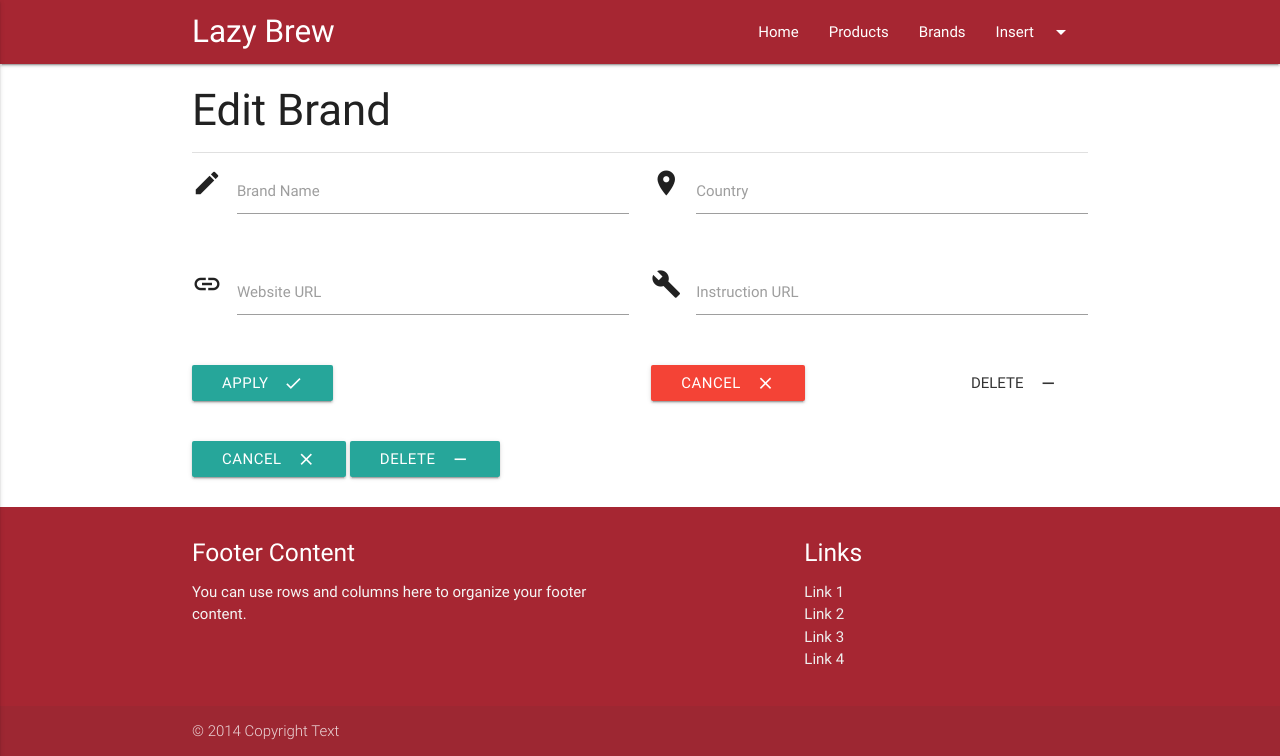
Repository: Leon2ev/lazy-brew
Page: templates/editbrand.html
The author's editor kept a record of every edit. The page is drawn from the files as they stood at one moment, then again after the next edit.
The browser window is 1280 px wide. The pictures show the whole page.
Some web libraries are served in a nearby version. The page is served by the project's application, run on Flask 3 (app.py). The template is opened directly, without the code that normally fills it, so the values that code supplies are empty.

Above is the page before.

### templates/editbrand.html
{% extends 'base.html' %}
{% block content %}
    <div class="container">
        <h3>Edit Brand</h3>
        <div class="divider"></div>
        <form action="{{url_for('update_brand', brand_id=brand._id)}}" method="POST" class="edit_brand col s12">
            <div class="row">
                <div class="input-field col s12 l6">
                    <i class="material-icons prefix">create</i>
                    <input id="name" name="name" type="text" class="validate" value="{{brand.name}}">
                    <label for="icon_prefix">Brand Name</label>
                </div>
                <div class="input-field col s12 l6">
                    <i class="material-icons prefix">place</i>
                    <input id="country" name="country" type="text" class="validate" value="{{brand.country}}">
                    <label for="icon_prefix">Country</label>
                </div>
            </div>
            <div class="row">
                <div class="input-field col s12 l6">
                    <i class="material-icons prefix">insert_link</i>
                    <input id="website_URL" name="website_URL" type="text" class="validate" value={{brand.website_URL}}>
                    <label for="icon_prefix">Website URL</label>
                </div>
                <div class="input-field col s12 l6">
                    <i class="material-icons prefix">build</i>
                    <input id="instruction_URL" name="instruction_URL" type="text" class="validate" value="{{brand.instruction_URL}}">
                    <label for="icon_prefix">Instruction URL</label>
                </div>
            </div>
            <div class="row">
                <div class="col s12 l6">
                    <button class="btn waves-effect waves-light" type="submit">Apply
                        <i class="material-icons right">check</i>
                    </button>
                </div>
                <div class="col s12 l6">
                    <a class="waves-effect waves-light btn-flat right modal-trigger" href="#modal2">Delete
                        <i class="material-icons right">remove</i>
                    </a>
                    <a class="waves-effect waves-light btn modal-trigger red" href="#modal1">Cancel
                        <i class="material-icons right">clear</i>
                    </a>
                </div>
            </div>
        </form>
        <div class="row">
            <div class="col s12">
                <a class="waves-effect waves-light btn modal-trigger" href="#modal1">Cancel
                    <i class="material-icons right">clear</i>
                </a>
                <a class="waves-effect waves-light btn modal-trigger" href="#modal2">Delete
                    <i class="material-icons right">remove</i>
                </a>
            </div>
            <div id="modal1" class="modal">
                <div class="modal-content">
                    <h4>Are you agree to cancel?</h4>
                    <p>All changes will be lost.</p>
                </div>
                <div class="modal-footer">
                    <a href="#!" class="modal-action modal-close waves-effect waves-green btn-flat">Go Back</a>
                    <a href="{{url_for('get_brands')}}" class="modal-action modal-close waves-effect waves-green btn-flat">Agree</a>
                </div>
            </div>
        </div>
        <div id="modal2" class="modal">
            <div class="modal-content">
                <h4>Are you agree to delete {{brand.name}}?</h4>
                <p>It will be impossible to restore the data.</p>
            </div>
            <div class="modal-footer">
                <a href="#!" class="modal-action modal-close waves-effect waves-green btn-flat">Go Back</a>
                <a href="{{url_for('delete_brand', brand_id=brand._id)}}" class="modal-action modal-close waves-effect waves-green btn-flat">Agree</a>
            </div>
        </div>
    </div>
{% endblock %}

### templates/base.html
<!DOCTYPE html>
<html lang="en">
    <head>
        <meta charset="UTF-8">
        <meta name="viewport" content="width=device-width, initial-scale=1.0">
        <meta http-equiv="X-UA-Compatible" content="ie=edge">

        <title>Document</title>

        <link href="https://fonts.googleapis.com/icon?family=Material+Icons" rel="stylesheet">
        <link rel="stylesheet" href="https://cdnjs.cloudflare.com/ajax/libs/materialize/0.100.2/css/materialize.min.css">
        <link rel="stylesheet" href="{{url_for('static', filename='css/style.css')}}" type="text/css">
    </head>
    <body>
        <header>
            <nav class="navbar">
                <div class="container nav-wrapper">
                    <a href="{{url_for('home_page')}}" class="brand-logo">Lazy Brew</a>
                    <a href="#" data-activates="mobile-demo" class="button-collapse"><i class="material-icons">menu</i></a>
                    <ul class="right hide-on-med-and-down">
                        <li><a href="{{url_for('home_page')}}">Home</a></li>
                        <li><a href="{{url_for('get_products')}}">Products</a></li>
                        <li><a href="{{url_for('get_brands')}}">Brands</a></li>
                        <!-- Dropdown Trigger -->
                        <li><a class="dropdown-button" href="#!" data-activates="dropdown1">Insert<i class="material-icons right">arrow_drop_down</i></a></li>
                    </ul>
                    <!-- Dropdown Structure -->
                    <ul id="dropdown1" class="dropdown-content">
                        <li><a href="{{url_for('add_product')}}">Add Product</a></li>
                        <li class="divider"></li>
                        <li><a href="{{url_for('add_brand')}}">Add Brand</a></li>
                    </ul>
                    <ul class="side-nav" id="mobile-demo">
                        <li><a href="{{url_for('home_page')}}">Home</a></li>
                        <li><a href="{{url_for('get_products')}}">Products</a></li>
                        <li><a href="{{url_for('get_brands')}}">Brands</a></li>
                        <!-- Mobile Dropdown Trigger -->
                        <li><a class="dropdown-button" href="#!" data-activates="dropdown2">Insert<i class="material-icons right">arrow_drop_down</i></a></li>

                    </ul>
                    <!-- Dropdown Structure -->
                    <ul id="dropdown2" class="dropdown-content">
                        <li><a href="{{url_for('add_product')}}">Add Product</a></li>
                        <li class="divider"></li>
                        <li><a href="{{url_for('add_brand')}}">Add Brand</a></li>
                    </ul>
                </div>
            </nav>
        </header>
        {% block content %}{% endblock %}
        <footer class="page-footer">
            <div class="container">
                <div class="row">
                    <div class="col l6 s12">
                        <h5 class="white-text">Footer Content</h5>
                        <p class="grey-text text-lighten-4">You can use rows and columns here to organize your footer content.</p>
                    </div>
                    <div class="col l4 offset-l2 s12">
                        <h5 class="white-text">Links</h5>
                        <ul>
                            <li><a class="grey-text text-lighten-3" href="#!">Link 1</a></li>
                            <li><a class="grey-text text-lighten-3" href="#!">Link 2</a></li>
                            <li><a class="grey-text text-lighten-3" href="#!">Link 3</a></li>
                            <li><a class="grey-text text-lighten-3" href="#!">Link 4</a></li>
                        </ul>
                    </div>
                </div>
            </div>
            <div class="footer-copyright">
                <div class="container">
                    © 2014 Copyright Text
                </div>
            </div>
        </footer>
        <script src="https://cdnjs.cloudflare.com/ajax/libs/jquery/3.2.1/jquery.min.js"></script>
        <script src="https://cdnjs.cloudflare.com/ajax/libs/materialize/0.100.2/js/materialize.min.js"></script>
        <script type="text/javascript">
            $(document).ready(function() {
                $('select').material_select();
                $(".button-collapse").sideNav();
                $(".dropdown-button").dropdown({
                    belowOrigin: true
                    }
                );
                $('.modal').modal();
            });
        </script>
    </body>
</html>

### app.py
import os
from flask import Flask, render_template, redirect, request, url_for
from flask_pymongo import PyMongo
from bson.objectid import ObjectId

app = Flask(__name__)

# Connection to MongoDB

app.config["MONGO_DBNAME"] = 'beer_brewing'
app.config["MONGO_URI"] = os.getenv('MONGO_URI', 'mongodb://localhost')

mongo = PyMongo(app)

# App routes ------------------------------------------------------------

@app.route('/')

# Home page

@app.route('/home_page')
def home_page():
    return render_template("index.html",
    types=mongo.db.types.find())
# Product Routes
# Product selection

@app.route('/get_products')
def get_products():
    return render_template("products.html",
    products=mongo.db.products.find())

# Single product description

@app.route('/get_description/<product_id>')
def get_description(product_id):
    return render_template("description.html",
    brands=mongo.db.brands.find(),
    types=mongo.db.types.find(),
    product=mongo.db.products.find_one({"_id": ObjectId(product_id)}))

# Add product

@app.route('/add_product')
def add_product():
    return render_template("addproduct.html",
    brands=mongo.db.brands.find(),
    types=mongo.db.types.find())

# Proceed inserted data to mongo

@app.route('/insert_product', methods=["POST"])
def insert_product():
    products=mongo.db.products
    brand_id = request.form.get('brand_id')
    type_id = request.form.get('type_id')
    dictionary = {
        'name': request.form.get('name'),
        'brand_id': ObjectId(brand_id),
        'image_url': request.form.get('image_url'),
        'type_id': ObjectId(type_id),
        'about': request.form.get('about'),
        'abv': request.form.get('abv'),
        'amount': request.form.get('amount'),
        'gluten': request.form.get('gluten')
    }

    products.insert_one(dictionary)
    return redirect(url_for('get_products'))

# Edit product

@app.route('/edit_product/<product_id>')
def edit_product(product_id):
    return render_template("editproduct.html",
    product=mongo.db.products.find_one({"_id": ObjectId(product_id)}),
    brands=mongo.db.brands.find(),
    types=mongo.db.types.find())

# Update product

@app.route('/update_product/<product_id>', methods=["POST"])
def update_product(product_id):
    products=mongo.db.products
    brand_id = request.form.get('brand_id')
    type_id = request.form.get('type_id')
    products.update({'_id': ObjectId(product_id)},
    {
        'name': request.form.get('name'),
        'brand_id': ObjectId(brand_id),
        'image_url': request.form.get('image_url'),
        'type_id': ObjectId(type_id),
        'about': request.form.get('about'),
        'abv': request.form.get('abv'),
        'amount': request.form.get('amount'),
        'gluten': request.form.get('gluten')
    })
    return redirect(url_for('get_products'))

# Delete product

@app.route('/delete_product/<product_id>')
def delete_product(product_id):
    mongo.db.products.remove({'_id': ObjectId(product_id)})
    return redirect(url_for('get_products'))

# Brand Routes
# Add Brand

@app.route('/get_brands')
def get_brands():
    return render_template("brands.html",
    brands=mongo.db.brands.find())

@app.route('/add_brand')
def add_brand():
    return render_template("addbrand.html")

# Proceed inserted data to mongo

@app.route('/insert_brand', methods=["POST"])
def insert_brand():
    brands=mongo.db.brands
    brands.insert_one(request.form.to_dict())
    return redirect(url_for('get_brands'))

# Edit brand

@app.route('/edit_brand/<brand_id>')
def edit_brand(brand_id):
    return render_template("editbrand.html",
    brand=mongo.db.brands.find_one({"_id": ObjectId(brand_id)}))

# Update brand

@app.route('/update_brand/<brand_id>', methods=["POST"])
def update_brand(brand_id):
    brands=mongo.db.brands
    brands.update({'_id': ObjectId(brand_id)},
    {
        'name': request.form.get('name'),
        'country': request.form.get('country'),
        'website_URL': request.form.get('website_URL'),
        'instruction_URL': request.form.get('instruction_URL'),
    })
    return redirect(url_for('get_brands'))

# Delete brand

@app.route('/delete_brand/<brand_id>')
def delete_brand(brand_id):
    mongo.db.brands.remove({'_id': ObjectId(brand_id)})
    return redirect(url_for('get_brands'))

if __name__ == "__main__":
    app.run(host=os.environ.get('IP'),
        port=int(os.environ.get('PORT')),
        debug=True)

### static/css/style.css
/*Background image Homepage*/
.bg-img {
    background-image: url(https://i.imgur.com/lFnh2xG.jpg);
    background-repeat: no-repeat;
    background-position: center center;
    background-attachment: fixed;
    background-size: cover;
    background-color: black;
    height: 100%;
    padding-top: 50px;
    padding-bottom: 50px;
}

/*Content home page*/
.bg-content {
    background-color: rgb(0,0,0, 0.5);
    color: white;
    border-radius: 10px;
}

/*Navbar*/
.navbar {
    background-color: #a62632;
}

/*Footer*/
.page-footer {
    background-color: #a62632;
}

/*Button*/
.btn {
    margin-top: 10px;
    margin-bottom: 10px;
}

.btn-flat {
    margin-top: 10px;
    margin-bottom: 10px;
}

/*Cards Products page*/
.card.medium .card-image {
    max-height: 65%;
    padding-left: 20px;
    padding-right: 20px;
}

.card.medium .card-content {
    padding: 15px;
}

.card .card-action a:not(.btn):not(.btn-large):not(.btn-large):not(.btn-floating) {
    color: #26a69a;
}

/*Description page*/

.description-container {
    margin-top: 35px;
    margin-bottom: 35px;
}

.description-img {
    width: 100%;
    height: auto;
    padding-left: 20px;
    padding-right: 20px;
}

/*Edit product*/

.edit-product {
    margin-top: 20px;
}

/*Edit brand*/

.edit-brand {
    margin-top: 20px;
}

After the next edit:
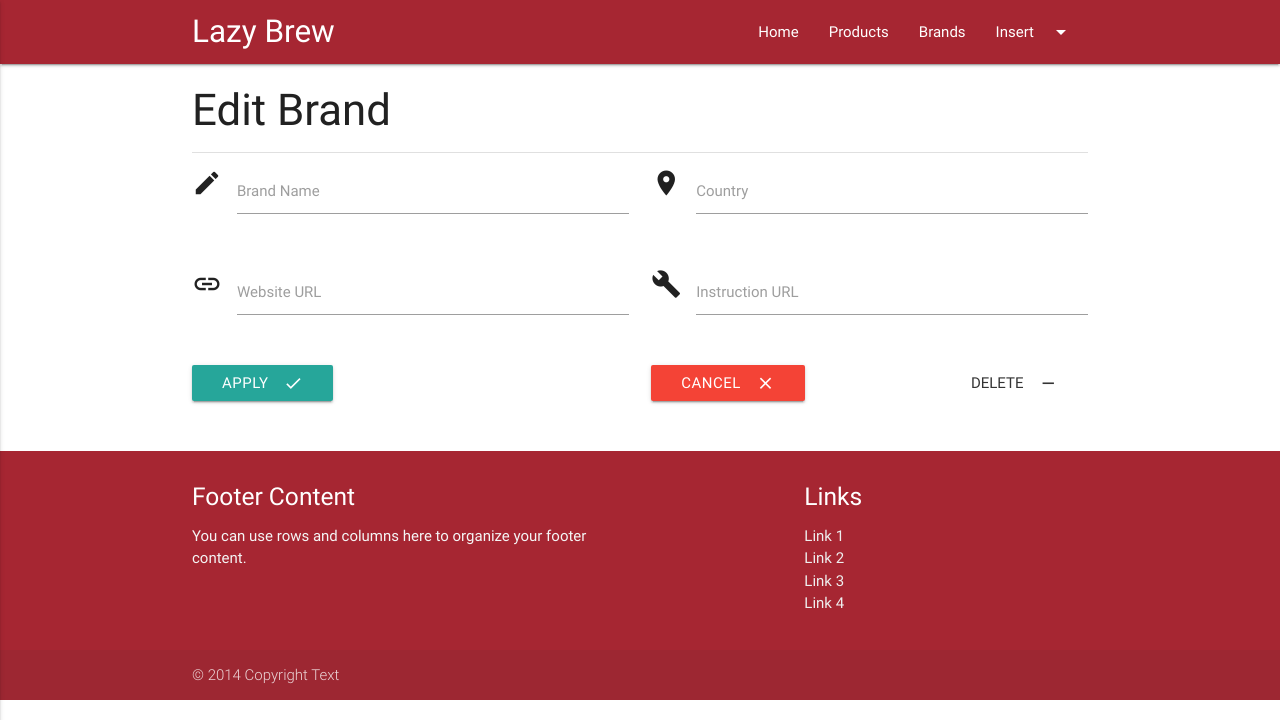
The edit:
--- a/templates/editbrand.html
+++ b/templates/editbrand.html
@@ -45,14 +45,6 @@
             </div>
         </form>
         <div class="row">
-            <div class="col s12">
-                <a class="waves-effect waves-light btn modal-trigger" href="#modal1">Cancel
-                    <i class="material-icons right">clear</i>
-                </a>
-                <a class="waves-effect waves-light btn modal-trigger" href="#modal2">Delete
-                    <i class="material-icons right">remove</i>
-                </a>
-            </div>
             <div id="modal1" class="modal">
                 <div class="modal-content">
                     <h4>Are you agree to cancel?</h4>
